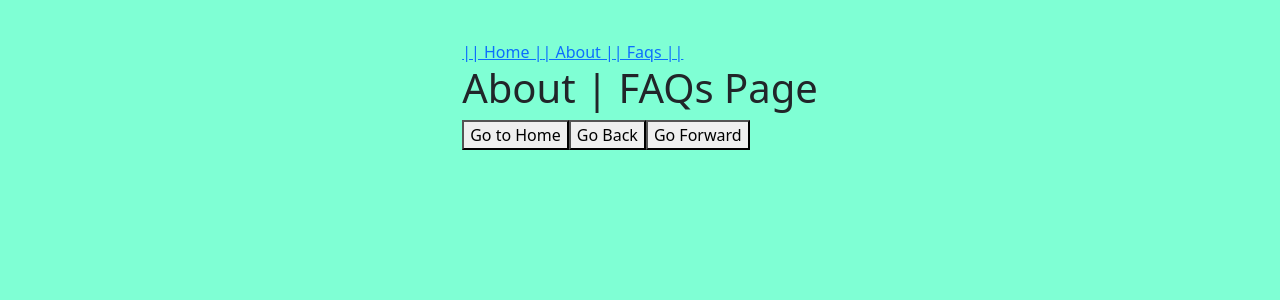
Repository: abgdev1997/proyecto-evo
Page: /about
These files come from the project's save history. The page is drawn as it stood at one moment and after the next save; the edit follows.
The browser window is 1280 px wide. The pictures show the whole page.
The project was rebuilt for these pictures with package versions that can differ from the ones it lists, and the page was loaded fresh each time. Also part of the build but not shown: src/routes/Home/HomePage.jsx, src/routes/404/NotFoundPage.jsx.

Above is the page before, as saved 2022-02-16 13:43:07.

After the next save:
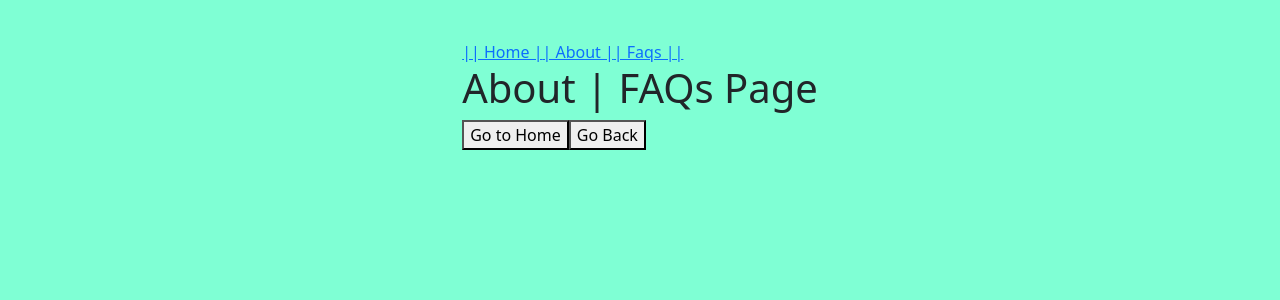
Saved 1 s later.
--- a/src/routes/about-faqs/AboutPage.jsx
+++ b/src/routes/about-faqs/AboutPage.jsx
@@ -17,10 +17,6 @@ const Aboutpage = () => {
         history.goBack();
     }
 
-    const goForward = () => {
-        history.goForward();
-    }
-
 
     return (
         <div>
@@ -32,9 +28,6 @@ const Aboutpage = () => {
                 <button onClick={ () => goBack() }>
                     Go Back
                 </button>
-                <button onClick={ () => goForward() }>
-                    Go Forward
-                </button>
             </div>
         </div>
     );
